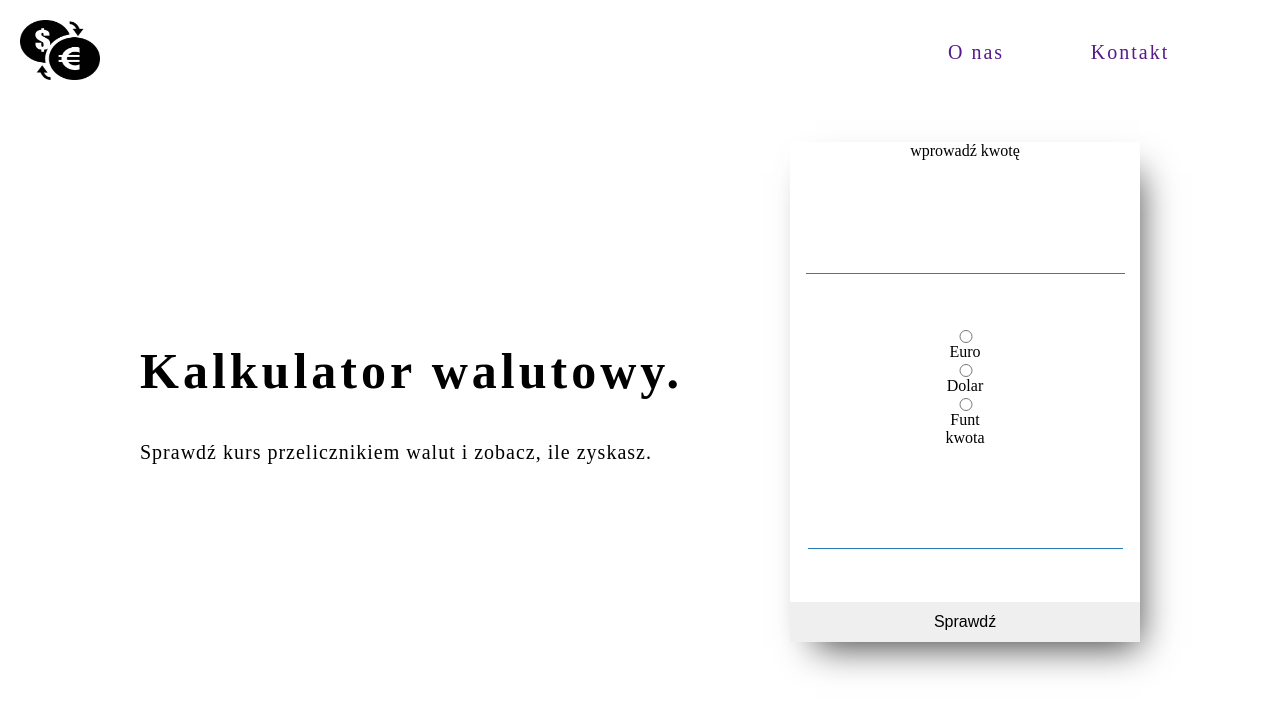
Repository: SebastianArmata22/Kalkulator-walut
Page: index.html
The author's editor kept a copy of each file at every save. The page is drawn from the files as they stood at one save, then again after the next save.
The browser window is 1280 px wide. The page is 1280 px wide, then 1284 px, then 1280 px, so the pictures cover 1284 px, including what lies to the right of the window. The pictures show the whole page.

Above is the page before, as saved 2020-10-23 16:11:24.

After the next save:
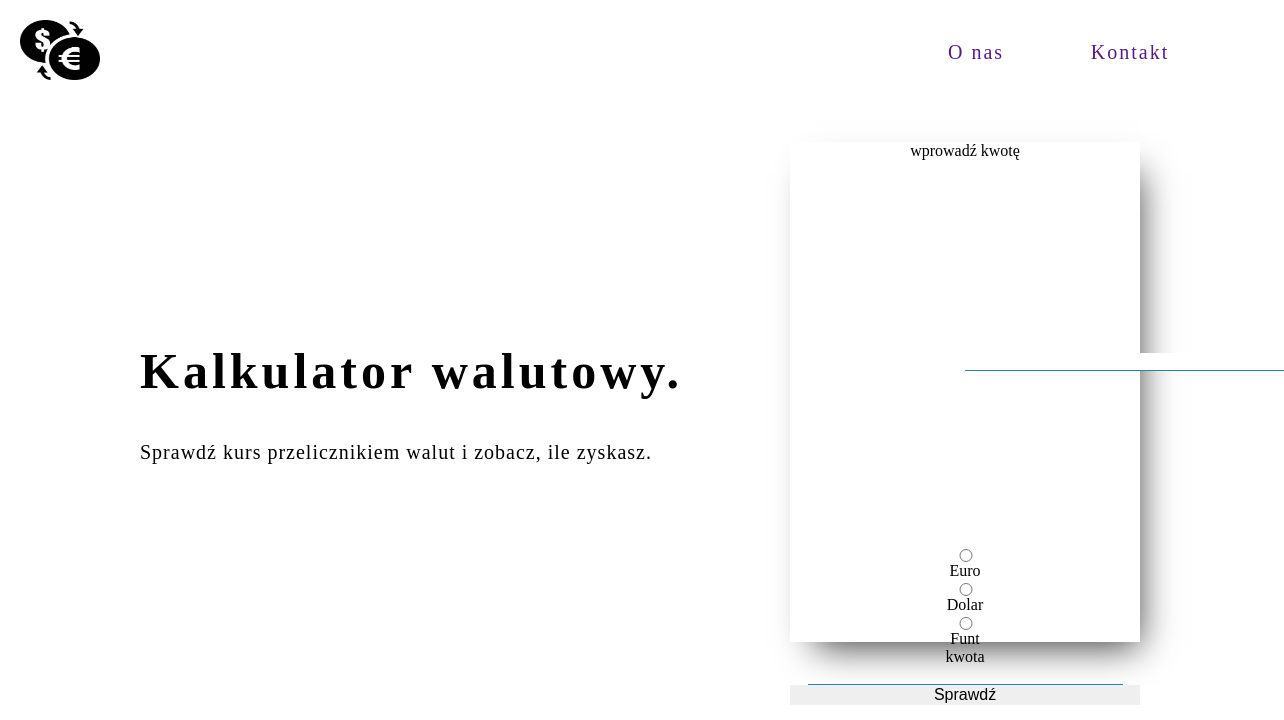
Saved 4 h 9 min later.
--- a/style.css
+++ b/style.css
@@ -99,5 +99,5 @@
     height: 40px;
     border-bottom: 1px solid #2980b9;
     width: 90%;
-    margin: auto;
+    margin: 50%;
 }

After the save that followed:
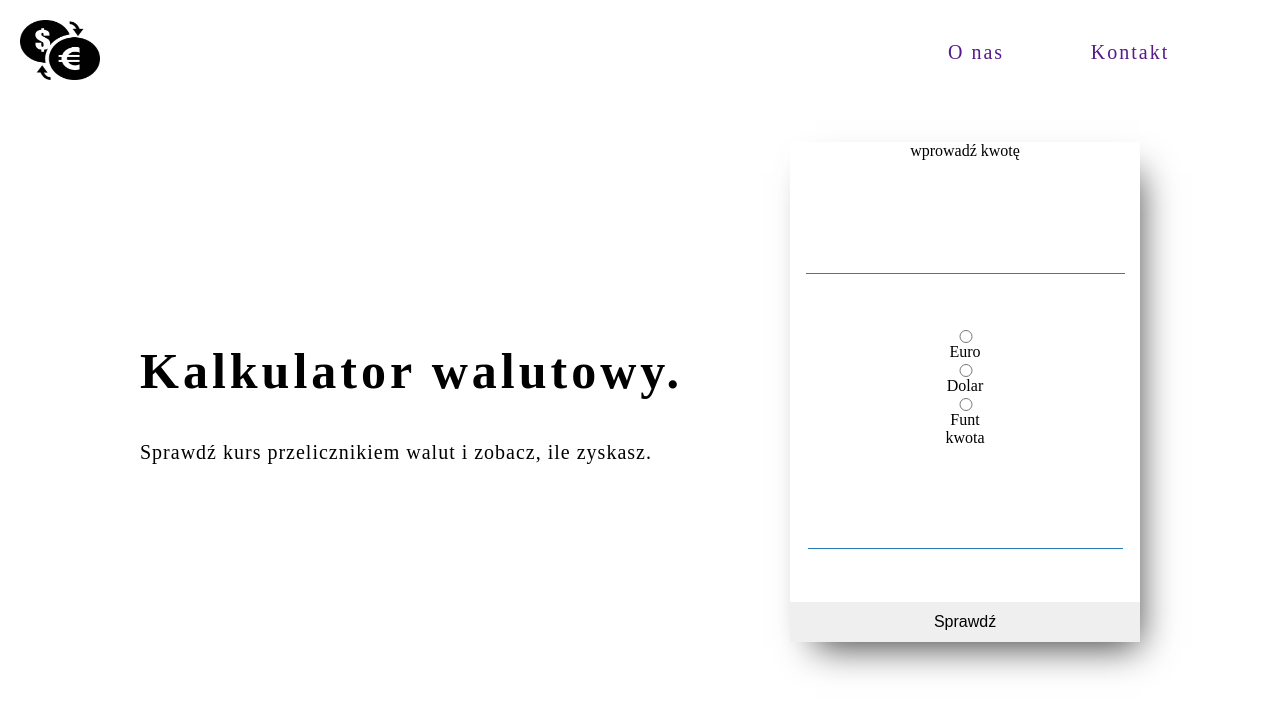
Saved 5 s later.
--- a/style.css
+++ b/style.css
@@ -99,5 +99,5 @@
     height: 40px;
     border-bottom: 1px solid #2980b9;
     width: 90%;
-    margin: 50%;
+    margin: auto;
 }
